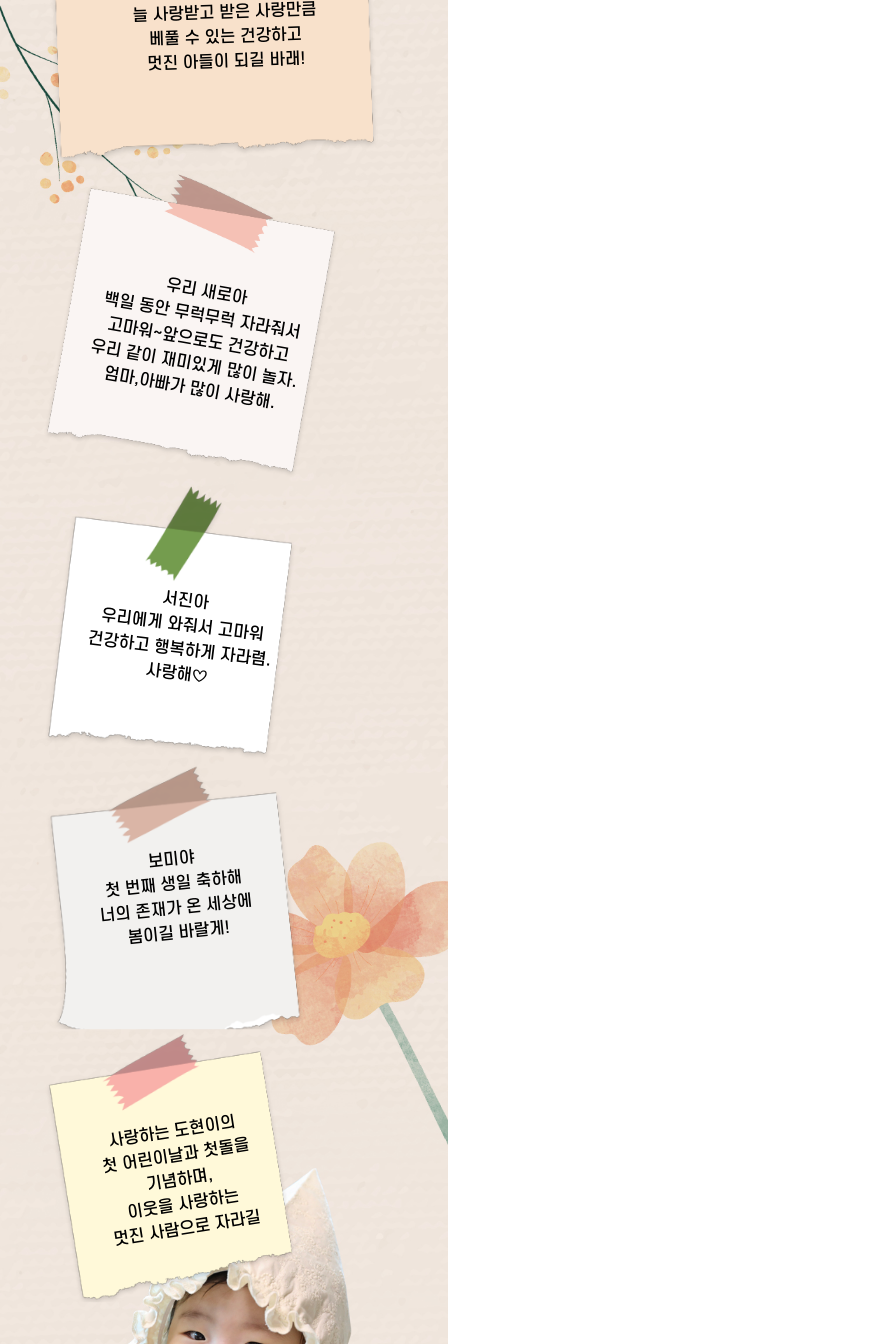
Repository: dlgywls1130/save_children_m
Page: index.html
The author's editor kept a copy of each file at every save. The page is drawn from the files as they stood at one save, then again after the next save.
The browser window is 1280 px wide. The pictures show the part of the page from y = 1295 to 3215 px (the page is 9658 px tall), at 70% of full size.

Above is the page before, as saved 2023-12-13 19:00:13.

### index.html
<!DOCTYPE html>
<html lang="en">
<head>
    <meta charset="UTF-8">
    <meta name="viewport" content="width=device-width, initial-scale=1.0">
    <title>세이브더칠드런</title>

    <link rel="stylesheet" href="./css/reset.css">
    <link rel="stylesheet" href="./css/style.css">

</head>
<body>
    <div class="content_body">
        <section class="section_wrapper section01">
            <div class="se01 se_wrapper">
                <div class="se01_sub">
                    <div class="sub_logo">
                        <img src="./img/logo01.png" alt="logo">
                    </div>
                    <p>우리 아기 좋은 날 기부</p>
                </div>
                <p class="seo01_title">
                    아가야,
                </p>
                <p class="seo01_title_two">
                    너의 <span id="rollingText">탄생</span> 순간을 축하해!
                </p>
                <p class="section_descript mb-45">
                    아이의 건강과 행복을
                    <br>바라는 마음을 담아,
                    <br>탄생, 백일, 첫 걸음마, 첫돌 등
                    <br>내 아이의 소중한 순간을
                    <br>기부로 기념해보세요.
                    <br>함께 자라나는 다른 아이들
                    <br>에게도 큰 축복이 됩니다..
                </p>

                <a class="donation_link" href="javascript:void(0)">우리 아기 좋은 날 기부</a>
            </div>
        </section>
        <section class="section_wrapper section02">
            <div class="se02 se_wrapper">
                <div class="postit_wrapper">
                    <div class="postit postit01">
                        <p>우리 아들 우현이의<br>
                        200일을 축하해.<br>
                        건강하게 자라줘서 고마워 ❤<br>
                        늘 사랑받고 받은 사랑만큼<br>
                        베풀 수 있는 건강하고<br>
                        멋진 아들이 되길 바래!</p>
                    </div>
                    <div class="postit postit02">
                        <p>우리 새로아<Br>
                        백일 동안 무럭무럭 자라줘서<Br>
                        고마워~앞으로도 건강하고<Br>
                        우리 같이 재미있게 많이 놀자.<Br>
                        엄마,아빠가 많이 사랑해.</p>
                    </div>
                    <div class="postit postit03">
                        <p>서진아<br>
                        우리에게 와줘서 고마워<br>
                        건강하고 행복하게 자라렴.<br>
                        사랑해♡      </p>
                    </div>
                    <div class="postit postit04">
                        <p>보미야<br>
                        첫 번째 생일 축하해<br>
                        너의 존재가 온 세상에<br>
                        봄이길 바랄게!   </p>
                    </div>
                    <div class="postit postit05">
                        <p>사랑하는 도현이의<br>
                        첫 어린이날과 첫돌을<br>
                        기념하며, <br>
                        이웃을 사랑하는<br>
                        멋진 사람으로 자라길</p>

                    </div>
                </div>
                <p class="ex_text">*소개한 사연은 모두 실제 사연입니다.</p>

            </div>
        </section>
        <section class="section_wrapper section03">
            <div class="se_wrapper se03">
                <div class="se_title_co">
                    아기의 좋은 날을 기념해 주신 모든 분들께
                    <br>후원감사증서를 보내드립니다.
                </div>
                <div class="se_sub_co">
                    후원감사증서는 아기에게 남기고 싶은 메시지와 아기의 좋은 날이 담긴 사진을 보관할 수 있도록
                    <br>만들어드립니다. 먼 훗날, 아기가 성장해 읽게 될 날을 그리며 편지를 써보세요.
                </div>
            </div>

        </section>
        <section class="section_wrapper section04">
            <div class="se_wrapper se04">
                <div class="se_title_co">
                    이름 자수 순면거즈블랭킷
                </div>
                <div class="se_sub_co">
                    30만원 이상 후원하신 분들께는 순면 거즈 아기 블랭킷(90*110)에
                    <Br>원하시는 이름(영문)을 예쁘게 수놓아 드립니다.
                </div>

                <div class="se04_slide mt-85">
                    <div class="se04_slide_list">
                        <img src="./img/slide01.jpg">
                    </div>
                    <div class="se04_slide_list">
                        <img src="./img/slide02.jpg">
                    </div>
                    <div class="se04_slide_list">
                        <img src="./img/slide03.jpg">
                    </div>
                </div>
            </div>
        </section>
        <section class="section_wrapper section05">
            <div class="se_wrapper se05">
                <div class="se_title_co">
                    후원신청 과정
                </div>

                <div class="se_step_list">
                    <div class="se_step">
                        <p class="step_number">1</p>
                        <div class="step_ico">
                            <img src="./img/icon01.png" alt="img">
                        </div>
                        <p class="step_descript">
                            후원신청하기
                        </p>
                    </div>
                    <div class="se_step">
                        <p class="step_number">2</p>
                        <div class="step_ico">
                            <img src="./img/icon02.png" alt="img">
                        </div>
                        <p class="step_descript">
                            후원감사증서
                            <br>메시지 적기
                        </p>
                    </div>
                    <div class="se_step">
                        <p class="step_number">3</p>
                        <div class="step_ico">
                            <img src="./img/icon03.png" alt="img">
                        </div>
                        <p class="step_descript">
                            신청완료
                        </p>
                    </div>
                    <div class="se_step">
                        <p class="step_number">4</p>
                        <div class="step_ico">
                            <img src="./img/icon04.png" alt="img">
                        </div>
                        <p class="step_descript">
                            후원감사증서 발송
                            <Br>(1주 이내)
                        </p>
                    </div>
                </div>

                <div class="se_sub_co mt-100">
                    30만원 이상 후원해 주신 경우,
                    <br>감사 선물 수령 주소 및 아기 블랭킷에 새겨질 문구 확인을 위한 문자가 발송됩니다.
                </div>

                <a class="donation_link" href="javascript:void(0)">우리 아기 좋은 날 기부</a>
            </div>

        </section>
        <section class="section_wrapper section06">
            <div class="se_wrapper se06">
                <div class="se_title_co">
                    후원금, 이렇게 쓰여요!
                </div>
                <div class="se_sub_co">
                    세이브더칠드런은 <span>국내외 아동을 위한 교육,
                    <Br>보호, 보건영양지원, 아동권리옹호</span> 등의 활동을 해나가고 있습니다.
                </div>
                <div class="se_sub_co">
                    보내주신 후원금은 정치, 종교, 인종에 관계없이 모든 아이를 구해야 한다는
                    <Br>세이브더칠드런의 신념에 따라 <span>가장 도움 필요한 아이를 위해 우선 사용</span>됩니다.
                </div>
            </div>

        </section>
        <section class="section_wrapper section07">
            <div class="se_wrapper se07">
                <div class="se_title_co">
                    FAQ
                </div>
                <div class="accordion">
                    <div class="accordion-item">
                        <h3 class="title">
                            <span>1. 30만원 이상 후원했습니다. 거즈 순면 블랭킷은 언제 오나요?</span>
                            <img src="./img/top.png">
                        </h3>
                        <p class="paragraph">
                            우리아기 축하기부로 30만원 이상 후원자님들께는 담요에 수놓을 아기 이름과
                            <Br>선물 수령 주소 확인을 위한 문자가 발송됩니다.
                            <br>02-6900-4479로 발송되는 문자 속 설문조사에 답해주세요.
                            <br>확인을 완료하신 분들께는 블랭킷 제작을 담당하고 있는 조니 스튜디오에서
                            <br>아기 이름 자수 작업 완료 후 배송해 드립니다.

                        </p>
                    </div>
                    <div class="accordion-item">
                        <h3 class="title">
                            <span>2. 거즈 순면 블랭킷, 안전한 제품인가요?</span>
                            <img src="./img/top.png">
                        </h3>
                        <p class="paragraph">
                            본 블랭킷은 워싱된 3중 거즈로 제작되었으며, KC안전검사를 완료하였습니다.
                            소재 특성상 섬유 조각이 발생할 수 있어 망에 넣지 않고 3번 정도 물빨래 하시는 것을 권장합니다.

                        </p>
                    </div>
                    <div class="accordion-item">
                        <h3 class="title">
                            <span>3. 거즈 순면 블랭킷을 받았는 데 하자가 있어요. 어떻게 해야 하나요? </span>
                            <img src="./img/top.png">
                        </h3>
                        <p class="paragraph">
                            070-4220-4123 (조니스튜디오 CS)로 전화 연락 부탁드립니다. 하자 물품에 대한 교환은 수령일로부터 7일 이내에 조니스튜디오에 연락해주셔야 하며, 이로 인한 후원금 환불은 어렵습니다.
                        </p>
                    </div>
                    <div class="accordion-item">
                        <h3 class="title">
                            <span>4. 후원감사증서에 넣을 수 있는 사진 사이즈는 얼마인가요?</span>
                            <img src="./img/top.png">
                        </h3>
                        <p class="paragraph">
                            사진 인화 사이즈 5*7 인치에 맞추어서 제작되었습니다.  그보다 작은 사진일 경우, 후원감사증서
                            내부의 주머니에 넣어 보관하실 수도  있습니다.

                        </p>
                    </div>
                </div>
            </div>

        </section>
        <section class="section_wrapper section08">
            <div class="se_wrapper se08">
                <div class="se08_postion">
                    <p class="se08_title">우리 아기 좋은 날 기부</p>
                    <p class="se08_descript">
                        탄생, 백일, 첫 걸음마, 첫돌...
                        <br>소중한 우리 아기의 성장을 기념해 보세요!
                        <br>아기의 좋은 날이 모여 세상의 행복이 됩니다.
                    </p>
                    <a href="javascript:void(0)" class="more_btn">
                        <p>자세히보기</p>
                        <svg xmlns="http://www.w3.org/2000/svg" width="16" height="16" fill="currentColor" class="bi bi-chevron-right" viewBox="0 0 16 16">
                            <path fill-rule="evenodd" d="M4.646 1.646a.5.5 0 0 1 .708 0l6 6a.5.5 0 0 1 0 .708l-6 6a.5.5 0 0 1-.708-.708L10.293 8 4.646 2.354a.5.5 0 0 1 0-.708z"/>
                        </svg>
                    </a>
                </div>

            </div>
        </section>
    </div>

    <script src="https://ajax.googleapis.com/ajax/libs/jquery/1.12.4/jquery.min.js"></script>
    <script src="./js/main.js"></script>
</body>
</html>

### css/reset.css


html, body, div, span, applet, object, iframe,
h1, h2, h3, h4, h5, h6, p, blockquote, pre,
a, abbr, acronym, address, big, cite, code,
del, dfn, em, img, ins, kbd, q, s, samp,
small, strike, strong, sub, sup, tt, var,
b, u, i, center,
dl, dt, dd, ol, ul, li,
fieldset, form, label, legend,
table, caption, tbody, tfoot, thead, tr, th, td,
article, aside, canvas, details, embed,
figure, figcaption, footer, header, hgroup,
menu, nav, output, ruby, section, summary,
time, mark, audio, video {
	margin: 0;
	padding: 0;
	border: 0;
	font-size: 100%;
	font: inherit;
	vertical-align: baseline;
}

article, aside, details, figcaption, figure,
footer, header, hgroup, menu, nav, section {
	display: block;
}
body {
	line-height: 1;
}
ol, ul {
	list-style: none;
}
blockquote, q {
	quotes: none;
}
blockquote:before, blockquote:after,
q:before, q:after {
	content: '';
	content: none;
}
table {
	border-collapse: collapse;
	border-spacing: 0;
}

### css/style.css

/* root */
:root{
    --main-color:#B17A60;
    --pink-color:#F79497;
}


/* font */

/* dongle */
@font-face {
    font-family: 'Dongle';
    font-weight: 300;
    src: url('../font/Dongle-Light.ttf') format('ttf'),
    url('../font/Dongle-Light.woff') format('woff');
}

@font-face {
    font-family: 'Dongle';
    font-weight: 500;
    src: url('../font/Dongle-Regular.ttf') format('ttf'),
    url('../font/Dongle-Regular.woff') format('woff');
}

@font-face {
    font-family: 'Dongle';
    font-weight: 700;
    src: url('../font/Dongle-Bold.ttf') format('ttf'),
    url('../font/Dongle-Bold.woff') format('woff');
}


/* Gmarket */
@font-face {
    font-family: 'GmarketSans';
    font-weight: 300;
    src: url('../font/GmarketSansLight.ttf') format('ttf'),
    url('../font/GmarketSansLight.woff') format('woff');
}

@font-face {
    font-family: 'GmarketSans';
    font-weight: 500;
    src: url('../font/GmarketSansMedium.ttf') format('ttf'),
    url('../font/GmarketSansMedium.woff') format('woff');
}

@font-face {
    font-family: 'GmarketSans';
    font-weight: 700;
    src: url('../font/GmarketSansBold.ttf') format('ttf'),
    url('../font/GmarketSansBold.woff') format('woff');
}


/* nanumsqure */

@font-face {
    font-family: 'NanumSquare';
    font-weight: 400;
    src: url('../font/NanumSquareL.ttf') format('ttf'),
    url('../font/NanumSquareL.woff') format('woff');
}

@font-face {
    font-family: 'NanumSquare';
    font-weight: 500;
    src: url('../font/NanumSquareR.ttf') format('ttf'),
    url('../font/NanumSquareR.woff') format('woff');
}

@font-face {
    font-family: 'NanumSquare';
    font-weight: 600;
    src: url('../font/NanumSquareB.ttf') format('ttf'),
    url('../font/NanumSquareB.woff') format('woff');
}

@font-face {
    font-family: 'NanumSquare';
    font-weight: 700;
    src: url('../font/NanumSquareEB.ttf') format('ttf'),
    url('../font/NanumSquareEB.woff') format('woff');
}



/* scdream5 */
@font-face {
    font-family: 'SCDream5';
    src: url('../font/SCDream5.woff') format('woff'),
    url('../font/SCDream5.ttf') format('ttf'),
    url('../font/SCDream5.otf') format('otf');
}


.section_wrapper{
    max-width:1920px;
    width: 100%;

}

.se_wrapper{
    max-width: 640px;
    width: 100%;
    position: relative;
    box-sizing: border-box;
}


/* section01 */


.section01{
    background: url('../img/back01.jpg') no-repeat;
    height: 940px;

}

.se01{
    padding: 145px 10px 92px 60px;
    box-sizing: border-box;
}
.se01_sub{
    display: flex;
    align-items: center;
    margin-bottom: 70px;
}

.sub_logo{
    width: 125px;
    height: 40px;
    margin-right: 10px;
}

.sub_logo img{
    width: 100%;
    height: 100%;
    object-fit: contain;
}

.se01_sub p{
    width: 190px;
    height: 30px;
    background: #B17A60;
    border-radius: 15px;
    display: flex;
    align-items: center;
    justify-content: center;
    letter-spacing: -0.03em;
    font-size: 15px;
    font-weight: 700;
    font-family: 'GmarketSans',sans-serif;
    color: #fff;
}

.seo01_title{
    font-family: 'Dongle',sans-serif;
    font-weight: 500;
    font-size: 120px;
    color: var(--main-color);
    letter-spacing: -0.03em;
}

.seo01_title_two{
    font-family: 'Dongle',sans-serif;
    font-weight: 500;
    font-size: 90px;
    color: var(--main-color);
    letter-spacing: -0.03em;
    margin-top: -7%;
    margin-bottom: 50px;
    display: flex;
    align-items: center;
}

.seo01_title_two span{
    margin: 0 1.5rem;
}
.section_descript{
    font-size: 20x;
    line-height: 30px;
    font-family: 'GmarketSans';
    font-weight: 500;
    letter-spacing: -0.03em;
    color: #000;
}

.donation_link{
    width: 300px;
    height: 50px;
    border-radius: 100px;
    display: flex;
    align-items: center;
    justify-content: center;
    background: var(--pink-color);
    color: #fff;
    font-family: 'GmarketSans';
    font-size: 20px;
    font-weight: 700;
    letter-spacing: -0.03em;
    text-decoration: none;
    margin: 145px auto 0;
}


@keyframes roll {
    from {
        transform: translateY(40%);
        opacity: 0;
    }
    to {
        transform: translateY(0);
        opacity: 1;
    }
  }


  #rollingText.animate-text {
    animation: roll 0.5s ease-in-out;
}

/* section02 */

.section02{
    height: 2800px;
    background: url('../img/back02.jpg') no-repeat;
}

.se02{
    box-sizing: border-box;
    height: 100%;
}
.postit_wrapper{
    width: 100%;
    padding: 76px 60px 96px;
    position: relative;
}

.ex_text{
    font-family: 'GmarketSans';
    font-size: 20px;
    font-weight: 500;
    letter-spacing: -0.03em;
}


.postit p{
    font-family: 'SCDream5';
    font-size: 23px;
    line-height: 35px;
    text-align: center;
    display: flex;
    justify-content: center;
    align-items: center;
    height: 100%;
}

.postit01{
    background:url('../img/post04.png') no-repeat;
    width: 520px;
    height: 520px;
    background-size: contain;
    box-sizing: border-box;
}

.postit01 p{
    transform: rotate(358deg);
    padding-top: 20px;
}

.postit02{
    background: url('../img/post05.png') no-repeat;
    width: 450px;
    height: 450px;
    background-size: contain;
    box-sizing: border-box;

}

.postit02 p{
    transform: rotate(10deg);
    padding-top: 20px;
}

.postit03{
    background:url('../img/post02.png') no-repeat;
    width: 400px;
    height: 400px;
    background-size: contain;
    box-sizing: border-box;
}

.postit03 p{
    transform: rotate(7deg);
    padding-top: 20px;
}

.postit04{
    background: url(../img/post03.png) no-repeat;
    width: 380px;
    height: 380px;
    background-size: cover;
    box-sizing: border-box;
}

.postit04 p{
    transform: rotate(354deg);
}

.postit05{
    background:url('../img/post01.png') no-repeat;
    width: 390px;
    height: 390px;
    background-size: contain;
    box-sizing: border-box;
}

.postit05 p{
    transform: rotate(-9deg);
    padding-top: 20px;
}

/* section03 */

.section03{
    height: 1340px;
    background: url('../img/back04.jpg') no-repeat;
}

.se03{
    padding: 123px 0 96px;
    box-sizing: border-box;
    height: 100%;
}


.se_title_co{
    font-size: 120px;
    line-height: 120px;
    letter-spacing: -0.03em;
    font-family: 'Dongle';
    font-weight: 500;
    color: var(--main-color);
    text-align: center;
}

.se_sub_co{
    font-size: 25px;
    letter-spacing: -0.03em;
    line-height: 50px;
    font-family: 'GmarketSans';
    font-weight: 500;
    text-align: center;
    margin-top: 50px;
}

/* section04 */

.section04{
    height: 1340px;
    background: url('../img/back05.jpg') no-repeat;
}

.se04{
    padding: 120px 0 130px;
    box-sizing: border-box;
    height: 100%;
}

.se04_slide{
    width: 944px;
    margin: 0 auto;
}


.slick-prev,
.slick-next {
    background: transparent;
    border: none;
    cursor: pointer;
    font-size: 0;
}

.slick-prev {

    width: 48px;
    height: 40px;
    position: absolute;
    left: -6%;
    top: 50%;
    transform: translateY(-50%);
    z-index: 1;
    background-size: contain;
}

.slick-next {

    width: 48px;
    height: 40px;
    position: absolute;
    right: -6%;
    top: 50%;
    transform: translateY(-50%);
    background-size: contain;
}

.slick-next  img,
.slick-prev img{
    width: 100%;
    height: 100%;
    object-fit: contain;
}

/* section05 */
.section05{
    height: 1080px;
    background: url('../img/back07.jpg') no-repeat;
}

.se05{
    padding: 150px 0 140px;
    box-sizing: border-box;
    height: 100%;
}

.se_step_list{
    display: flex;
    align-content: center;
    column-gap: 88px;
    margin-top: 90px;
    position: relative;
}

.se_step_list::after{
    position: absolute;
    content: '';
    top: 38%;
    transform: translate(0,-50%);
    border-top: 2px dashed var(--pink-color);
    width: 100%;
}

.se_step_list .se_step{
    position: relative;
}

.step_number{
    font-size: 25px;
    letter-spacing: -0.03em;
    line-height: 35px;
    font-weight: 700;
    font-family: 'GmarketSans';
    position: absolute;
    left: 19%;
    top: 0;
    color: var(--main-color);
    z-index: 2;
}

.se_step_list .se_step .step_ico{
    width: 200px;
    height: 200px;
    border-radius: 50%;
    background-color: #fff;
    display: flex;
    align-items: center;
    justify-content: center;
    position: relative;
    z-index: 1;
}

.se_step_list .se_step .step_ico img {
    width: 138px;
    height: 138px;
    object-fit: contain;
    object-position: 73%;
}

.step_descript{
    font-size: 20px;
    letter-spacing: -0.03em;
    line-height: 23px;
    font-weight: 500;
    font-family: 'GmarketSans';
    text-align: center;
    margin-top: 20px;
    color: var(--main-color);
}

.se_step_list .se_step:first-child .step_ico::before{
    display: none;
}

.se_step_list .se_step:last-child .step_ico::after{
    display: none;
}

.se_step_list .step_ico::before{
    position: absolute;
    content: '';
    top: 50%;
    left: -5px;
    transform: translate(0,-50%);
    width: 10px;
    height: 10px;
    border-radius: 50%;
    background-color: var(--pink-color);
}


.se_step_list .step_ico::after{
    position: absolute;
    content: '';
    top: 50%;
    right: -5px;
    transform: translate(0,-50%);
    width: 10px;
    height: 10px;
    border-radius: 50%;
    background-color: var(--pink-color);
}

/* section06 */
.section06{
    height:700px;
    background: url('../img/back06.jpg') no-repeat;
}

.se06{
    padding: 150px 0;
    height: 100%;
    box-sizing: border-box;
}


.se_sub_co span{
    font-weight: 700;
}
/* section07 */

.section07{
    height:1080px;
    background: url('../img/back02.jpg') no-repeat;
}

.se07{
    padding: 100px 0;
    height: 100%;
    box-sizing: border-box;
}


.accordion{
    margin-top: 80px;
}
.accordion-item {
    padding:15px 0;
    margin: 0;
    overflow: hidden;
}

.accordion-item .title {
    display: flex;
    justify-content: space-between;
    align-items: center;
    font-weight: 700;
    font-size: 30px;
    letter-spacing: -0.03em;
    cursor: pointer;
    width: 100%;
    height: 80px;
    border-radius: 50px;
    background-color: #fff;
    color: var(--main-color);
    padding: 0 30px;
    font-family: 'GmarketSans';
    box-sizing: border-box;
}

.accordion-item .title img {
    font-size: 0.9rem;
    color: #454545;
    transform: rotate(0);
    transition: transform 0.15s ease;
}

.accordion-item .paragraph {
    font-weight: 500;
    font-size: 25px;
    letter-spacing: -0.03em;
    color: #000;
    display: none;
    padding: 50px 70px 35px;
    list-style: inside;
    line-height: 50px;
    font-family: 'GmarketSans';
}

.accordion-item .paragraph .indent{
    text-indent: 1rem;
}


.accordion-item .paragraph span{
    font-weight: bold;
}

.accordion-item.active .title img{
    transform: rotate(180deg);
}

.accordion-item.active .paragraph {
    display: block;
}


/* section08 */

.section08{
    height:378px;
    background: url('../img/banner.jpg') no-repeat;
}
.se08{
    position: relative;
    height: 100%;
}

.se08_postion{
    position: absolute;
    top: 80px;
    left: 50%;
}

.se08_title{
    font-family: 'NanumSquare';
    font-weight: 600;
    font-size: 23px;
    letter-spacing: -0.05em;
    line-height: 50px;
    position: relative;
}

.se08_title::before{
    position: absolute;
    content: '';
    top: -7px;
    width: 32px;
    height: 3px;
    background-color:#543F2C;
    left: 0;
}

.se08_descript{
    font-family: 'NanumSquare';
    font-weight: 500;
    font-size: 19px;
    line-height: 28px;
    letter-spacing: -0.06em;
}

.more_btn{
    margin-top: 38px;
    width: 150px;
    height: 40px;
    background: #543F2C;
    display: flex;
    align-items: center;
    justify-content: center;
    text-decoration: none;
}

.more_btn p{
    font-family: 'NanumSquare';
    font-weight: 500;
    font-size: 18px;
    color: #fff;

}

.more_btn svg{
    fill: #fff;
}

Loaded but not shown: js/main.js (46 lines, source omitted)

After the next save:
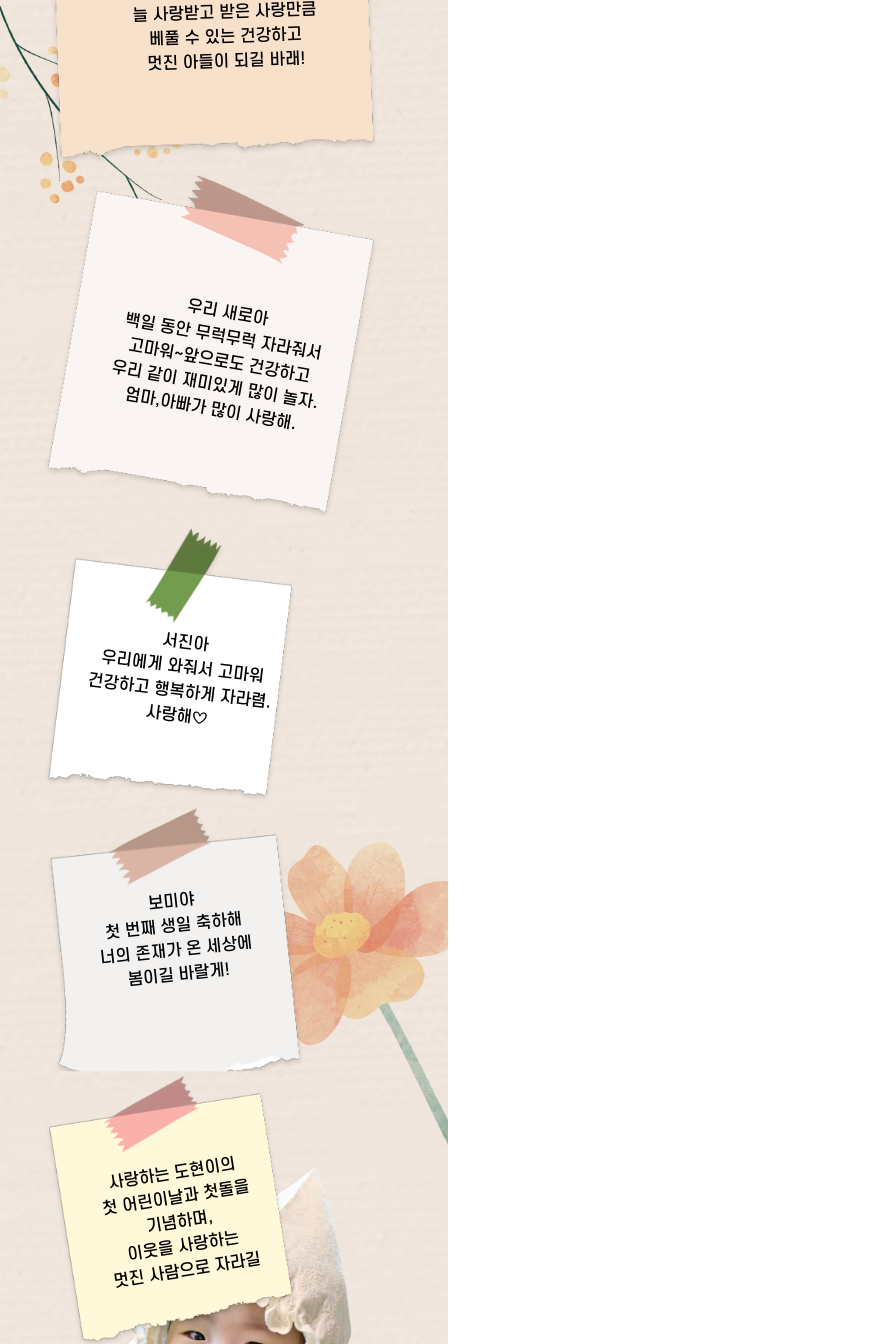
Saved 2 min 20 s later.
--- a/css/style.css
+++ b/css/style.css
@@ -272,8 +272,8 @@
 
 .postit02{
     background: url('../img/post05.png') no-repeat;
-    width: 450px;
-    height: 450px;
+    width: 510px;
+    height: 510px;
     background-size: contain;
     box-sizing: border-box;
 
